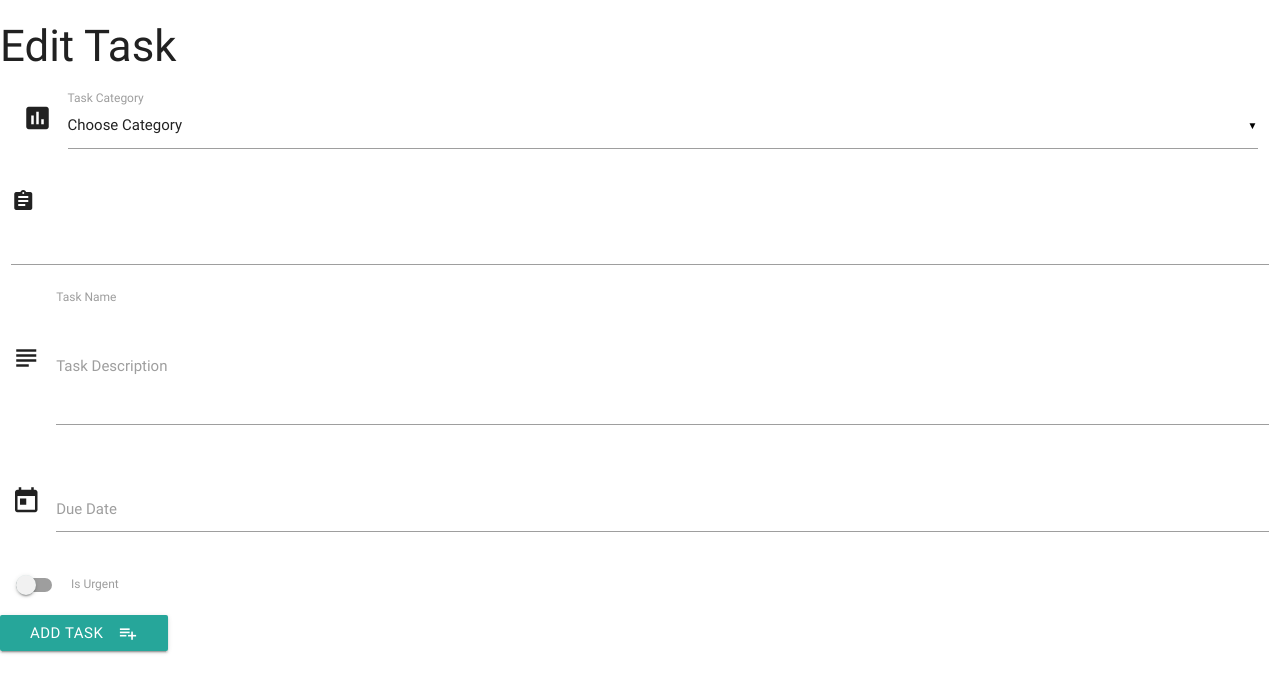
Repository: Neilfoster/task_manger
Page: templates/edittask.html
The author's editor kept a record of every edit. The page is drawn from the files as they stood at one moment, then again after the next edit.
The browser window is 1280 px wide. The pictures show the whole page.
The page is served by the project's application, run on Flask 3 (app.py). The template is opened directly, without the code that normally fills it, so the values that code supplies are empty.

Above is the page before.
Console error: TypeError: Cannot read properties of null (reading 'addEventListener')

After the next edit:
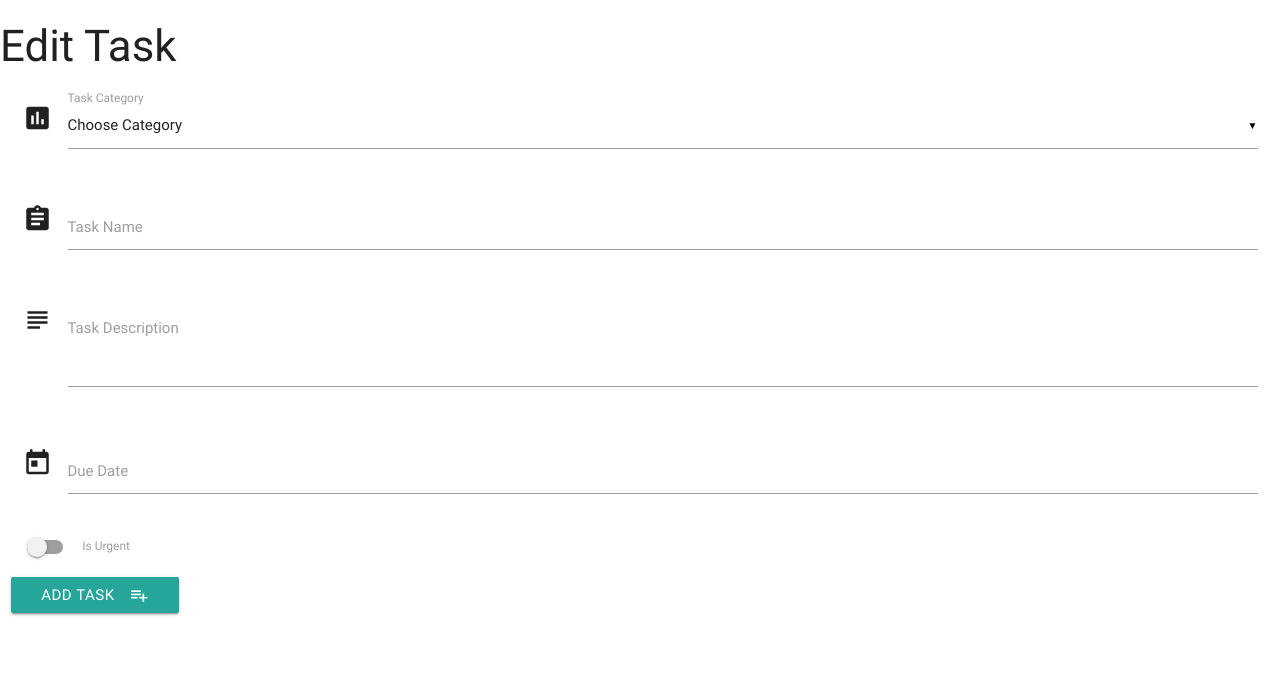
The edit:
--- a/templates/edittask.html
+++ b/templates/edittask.html
@@ -4,6 +4,7 @@
 <div class="row">
     <form action="{{ url_for('insert_task', task_id=task._id) }}" method="POST"  class="col s12">
         <div class="row">
+            <div class="row">
                 <div class="input-field col s12">
                     <i class="material-icons prefix">poll</i>
                     <select id="category" name="category_name">
@@ -15,7 +16,6 @@
                     <label>Task Category</label>
                 </div>
             </div>
-        <div class="row>"
             <div class="input-field col s12">
                 <i class="material-icons prefix">assignment</i>
                 <input id="task_name" name="task_name" type="text">
